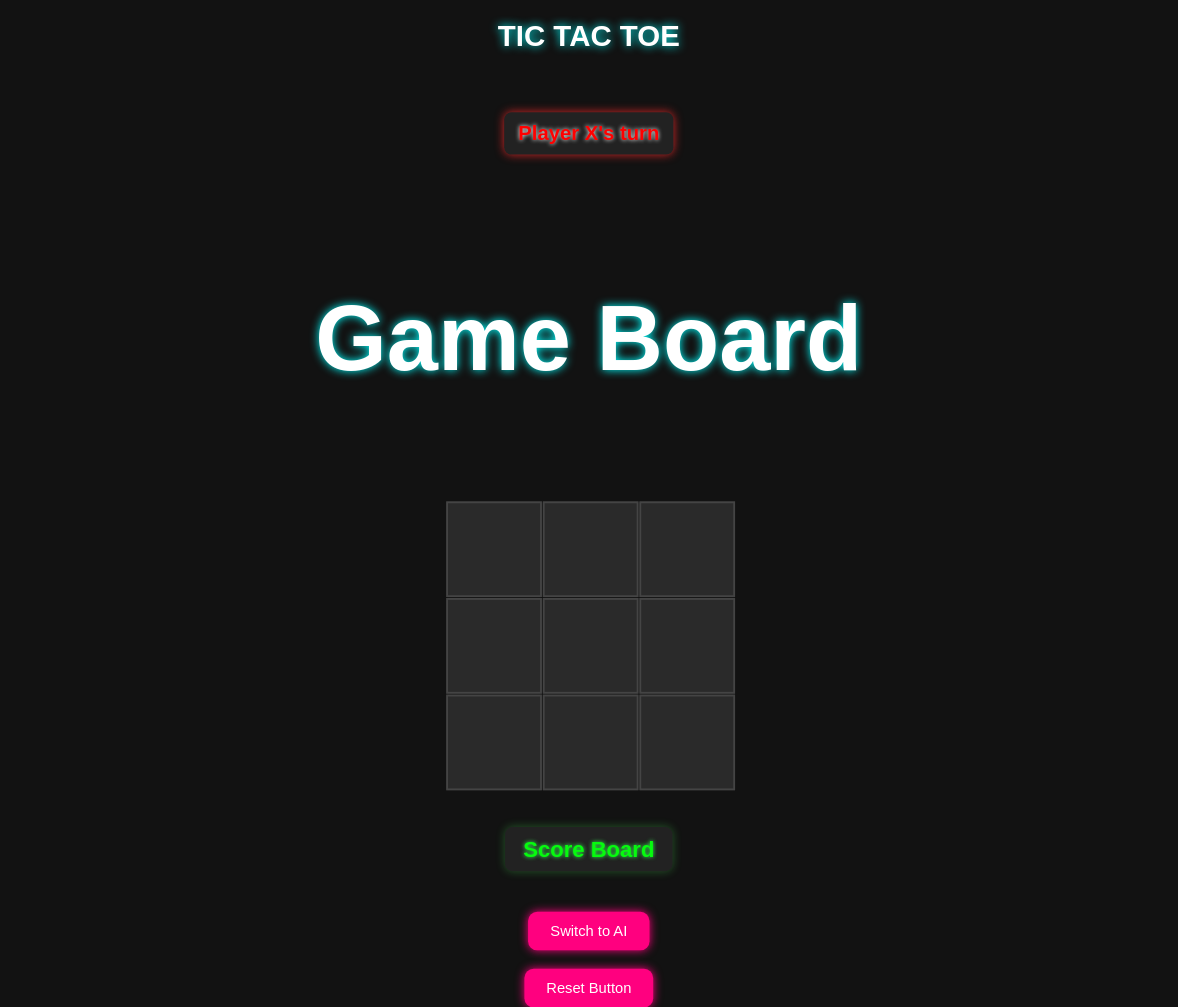
Repository: Yash19075/TicTacToe-game
Page: TicTacToe.html
These files come from the project's save history. The page is drawn as it stood at one moment and after the next save; the edit follows.
The browser window is 1280 px wide. The pictures show the whole page, at 92% of full size.

Above is the page before, as saved 2025-03-09 11:19:57.

### TicTacToe.html
<!DOCTYPE html>
<html lang="en">
<head>
    <meta charset="UTF-8">
    <meta name="viewport" content="width=device-width, initial-scale=1.0">
    <title>TicTacToe</title>
    <link rel="stylesheet" href="TicTacToe.css">
</head>
<body>
    <h1>TIC TAC TOE</h1>

    <p class="player-turn">Player X's turn</p>

    <p class="game-board">Game Board</p>
    <div class="css-board">
        <div class="cell" onclick="handleClick(0)"></div>
        <div class="cell" onclick="handleClick(1)"></div>
        <div class="cell" onclick="handleClick(2)"></div>
        <div class="cell" onclick="handleClick(3)"></div>
        <div class="cell" onclick="handleClick(4)"></div>
        <div class="cell" onclick="handleClick(5)"></div>
        <div class="cell" onclick="handleClick(6)"></div>
        <div class="cell" onclick="handleClick(7)"></div>
        <div class="cell" onclick="handleClick(8)"></div>
    </div>
    <p class="score-board">Score Board</p>
    <button class="css-switchButton">Switch to AI</button>
    <button class="css-resetButton" onclick="button_reset()">Reset Button</button>

    <script src="TicTacToe.js"></script>
</body>
</html>

### TicTacToe.css
body {
    display: flex;
    justify-content: center;
    align-items: center;
    flex-direction: column;
    /* height: 100vh; */
    margin: 0;
    gap: 20px;
    background-color: #121212;
    color: white;
    font-family: Arial, sans-serif;
}

h1 {
    font-size: 32px;
    text-shadow: 0 0 10px #00ffff;
}


.css-board {
    display: grid;
    grid-template-columns: repeat(3, 100px);
    grid-template-rows: repeat(3, 100px);
    gap: 5px;
}

/* Game Board Cells */
.css-board div {
    display: flex;
    justify-content: center;
    align-items: center;
    border: 2px solid #444;
    background-color: #2a2a2a;
    color: #00ffff; /* Neon cyan */
    font-size: 36px;
    font-weight: bold;
    width: 100px;
    height: 100px;
    text-shadow: 0 0 10px #00ffff;
    transition: background-color 0.3s ease-in-out, box-shadow 0.3s;
}

/* Hover effect on empty cells */
.css-board div:hover {
    background-color: #333;
    box-shadow: 0 0 10px #00ffff;
    cursor: pointer;
}

/* Buttons */
.css-switchButton, .css-resetButton {
    padding: 12px 24px;
    border-radius: 10px;
    cursor: pointer;
    font-size: 16px;
    border: none;
    background-color: #ff007f; /* Neon pink */
    color: white;
    box-shadow: 0 0 10px #ff007f;
    transition: transform 0.2s ease-in-out, background-color 0.3s, box-shadow 0.3s;
}

.css-switchButton:hover, .css-resetButton:hover {
    background-color: #ff00ff; /* Brighter glow */
    box-shadow: 0 0 15px #ff00ff;
    transform: scale(1.1);
}

.score-board {
    font-size: 24px;
    font-weight: bold;
    padding: 10px 20px;
    border-radius: 8px;
    background-color: #222; /* Dark background */
    color: rgb(6, 251, 14);
    text-shadow: 0 0 5px #35ff53;
    box-shadow: 0 0 10px rgba(79, 255, 94, 0.3);
    transition: background-color 0.3s ease-in-out, box-shadow 0.3s ease-in-out;
}

.player-turn {
    font-size: 22px;
    font-weight: bold;
    padding: 10px 15px;
    border-radius: 8px;
    background-color: #222; /* Dark background */
    color: red;
    text-shadow: 0 0 5px #ffffff;
    box-shadow: 0 0 10px rgba(255, 43, 43, 0.838);
    transition: background-color 0.3s ease-in-out, box-shadow 0.3s ease-in-out, color 0.3s;
}

.game-board {
    font-family: Arial, Helvetica, sans-serif;
    font-weight: bold;
    color: white;
    text-shadow: 0 0 10px #00ffff;
    font-size: 100px;
}

### TicTacToe.js
let board = ["","","","","","","","",""];
move = 'X';
const cells = document.querySelectorAll(".css-board div");
console.log(cells)

let cellCount = 0;
let winningPattern = [
    [0,1,2],
    [3,4,5],
    [6,7,8],
    [0,3,6],
    [1,4,7],
    [2,5,8],
    [0,4,8],
    [2,4,6]
]

// for (let i = 0; i < cells.length; i++) {
//     cells[i].onclick = function () {
//         handleClick(i);
//     };
// }

function winner() {
    for (let pattern of winningPattern)
    {
        let pos0 = cells[pattern[0]].innerText;
        let pos1 = cells[pattern[1]].innerText;
        let pos2 = cells[pattern[2]].innerText;
        // console.log(pos0,pos1,pos2);
        if(pos0 != "" && pos1!= "" && pos2 != "")
        {
            if(pos0 === pos1 && pos1 === pos2)
            {
                // console.log("Winner");
                document.querySelector(".score-board").innerText = `${pos0}'s Win`;
                for (let cell of cells) {
                    cell.onclick = null;
                    cell.classList.add("disabled");
                }
            return pos0;
            }
        }
        if(cellCount == 9)
        {
            document.querySelector(".score-board").innerText = `Its a draw`;
        }
    }
}



function handleClick(index) {
 if(move === 'X')
    {
        document.querySelector(".player-turn").innerHTML = `Player 0's turn`;
    }
    else
    {
        document.querySelector(".player-turn").innerHTML = `Player X's turn`
    }
    if (cells[index].innerHTML === '') {
        cells[index].innerHTML = move;
        move = move === 'X' ? 'O' : 'X';
        cells[index].onclick = null;
        cellCount++;
        console.log(cellCount);
    }
    winner();
}

function button_reset() {
    for(let i = 0; i <cells.length; i++)
    {
        cells[i].innerHTML = '';
        board[i] = '';
        document.querySelector(".score-board").innerText = 'ScoreBoard';
        cells[i].onclick = function() { handleClick(i); };
        document.querySelector(".player-turn").innerHTML = `Player X's turn`;
        cellCount = 0;
    }
    move = 'X'
}

After the next save:
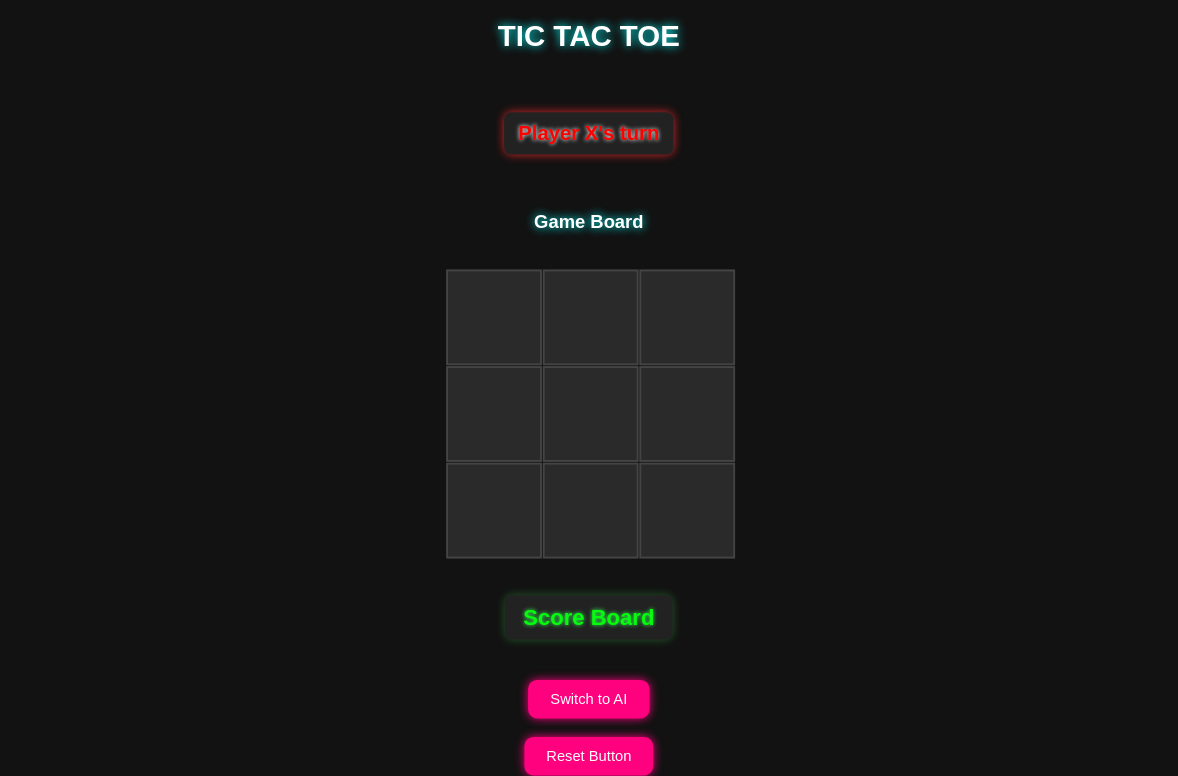
Saved 6 s later.
--- a/TicTacToe.css
+++ b/TicTacToe.css
@@ -95,5 +95,5 @@ h1 {
     font-weight: bold;
     color: white;
     text-shadow: 0 0 10px #00ffff;
-    font-size: 100px;
+    font-size: 20px;
 }
